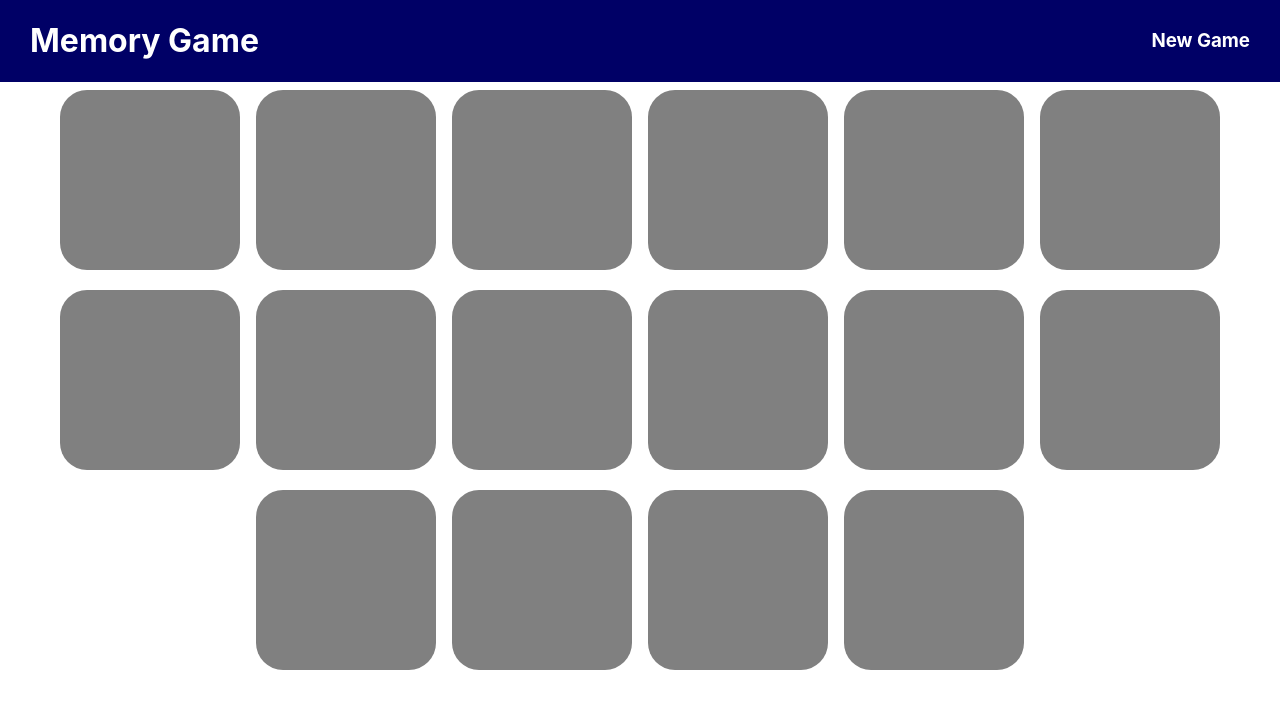
Repository: sokafootball/memory_game
Page: /
These files come from the project's save history. The page is drawn as it stood at one moment and after the next save; the edit follows.
The browser window is 1280 px wide. The pictures show the whole page.
The project was rebuilt for these pictures with package versions that can differ from the ones it lists, and the page was loaded fresh each time.

Above is the page before, as saved 2019-01-23 10:21:08.

After the next save:
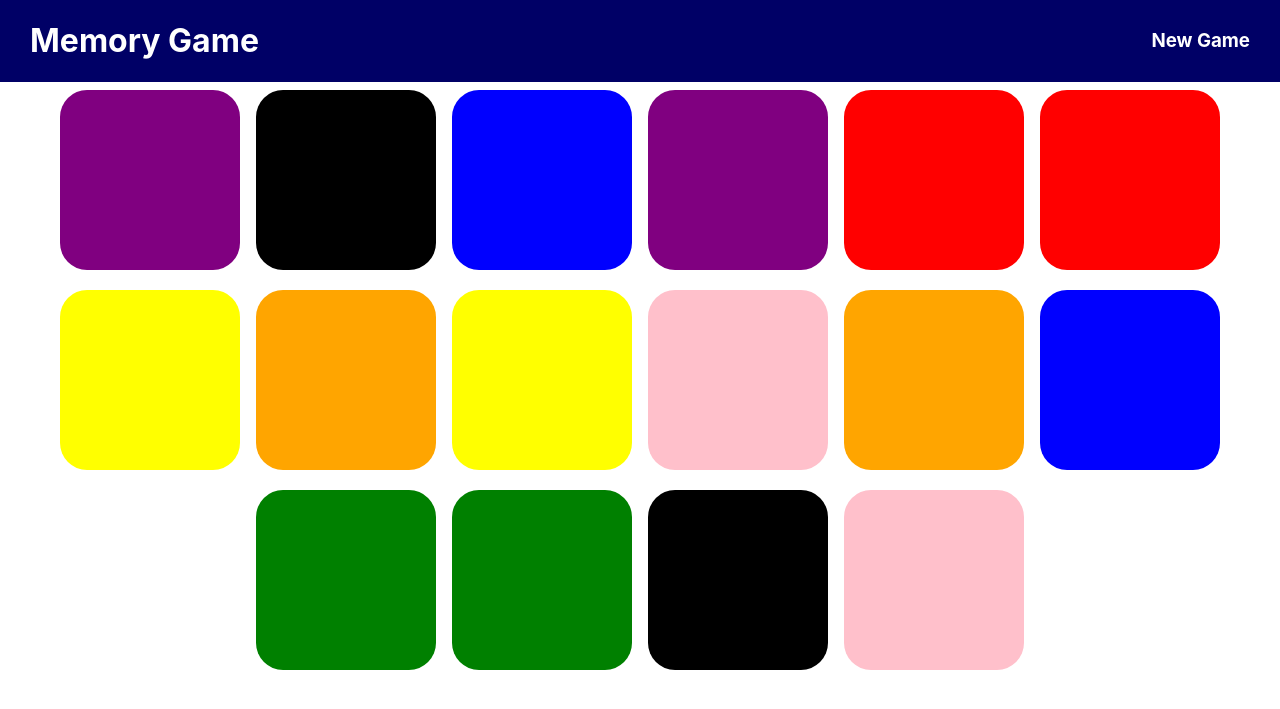
Saved 119 s later.
--- a/src/Card.js
+++ b/src/Card.js
@@ -11,16 +11,20 @@
 }
 
   return (
-    <div className="card" style={style}></div>
+    <div className="card" style={style} onClick={props.handleCardClick(props.id)}></div>
   )
 }
 
 Card.defaultProps = {
+  id: '99',
+  status: 'hidden',
   color: 'grey'
 }
 
 Card.propTypes = {
-  color: PropTypes.string
+  id: PropTypes.number.isRequired,
+  status: PropTypes.string.isRequired,
+  color: PropTypes.string.isRequired
 }
 
 export {Card}

After the save that followed:
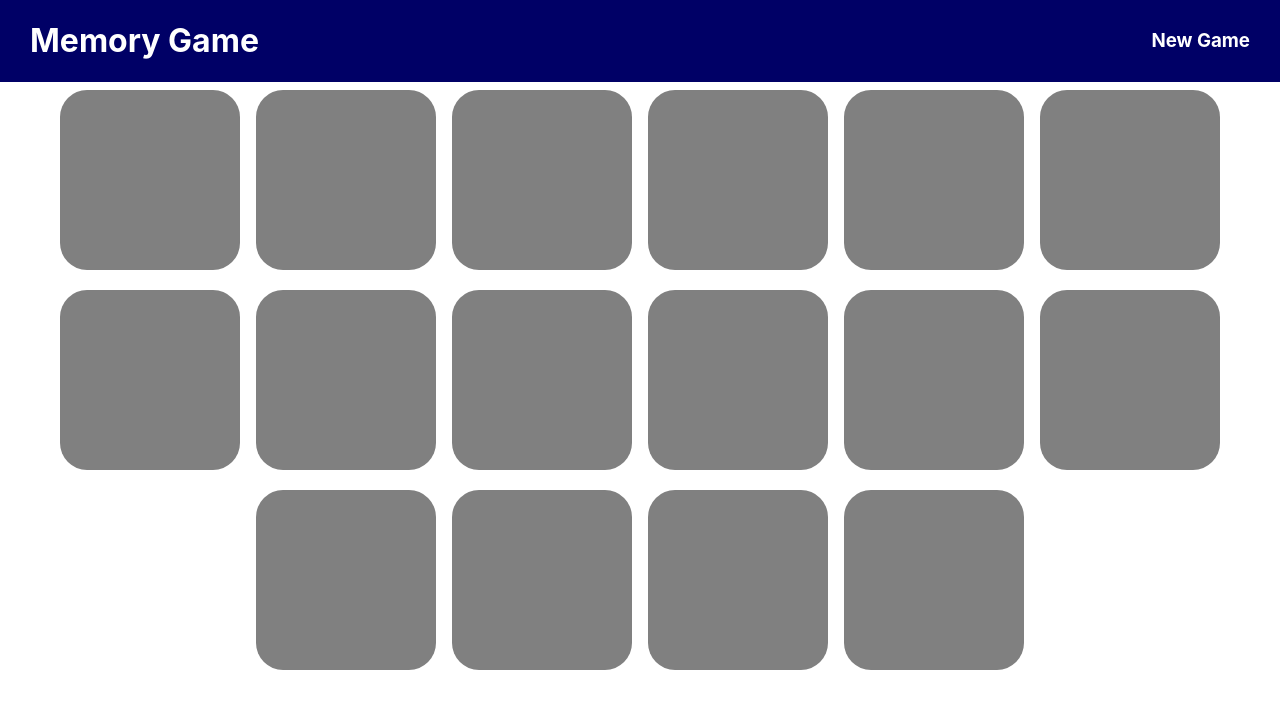
Saved 15 s later.
--- a/src/Card.js
+++ b/src/Card.js
@@ -11,7 +11,7 @@
 }
 
   return (
-    <div className="card" style={style} onClick={props.handleCardClick(props.id)}></div>
+    <div className="card" style={style} onClick={() => props.handleCardClick(props.id)}></div>
   )
 }
 
